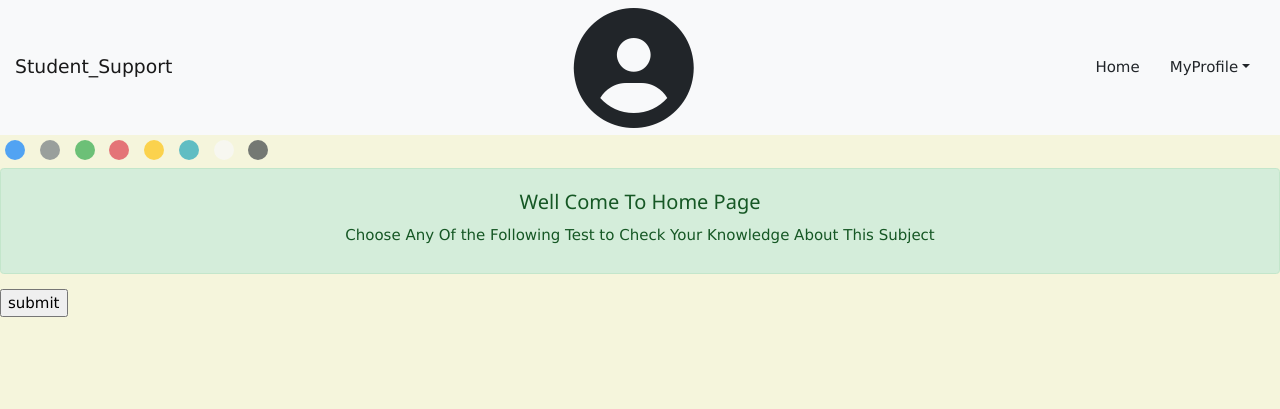
Repository: FeelHack/STUDENT-EXAMINATION-SYSTEM
Page: http://localhost/Exam_System/math.jsp
The author's editor kept a copy of each file at every save. The page is drawn from the files as they stood at one save, then again after the next save.
The browser window is 1280 px wide. The pictures show the whole page.
Some web libraries are served in a nearby version. The page is served by Tomcat 9. Queries for data that is not in the repository find no rows.

Above is the page before, as saved 2020-03-11 19:03:20.

After the next save:
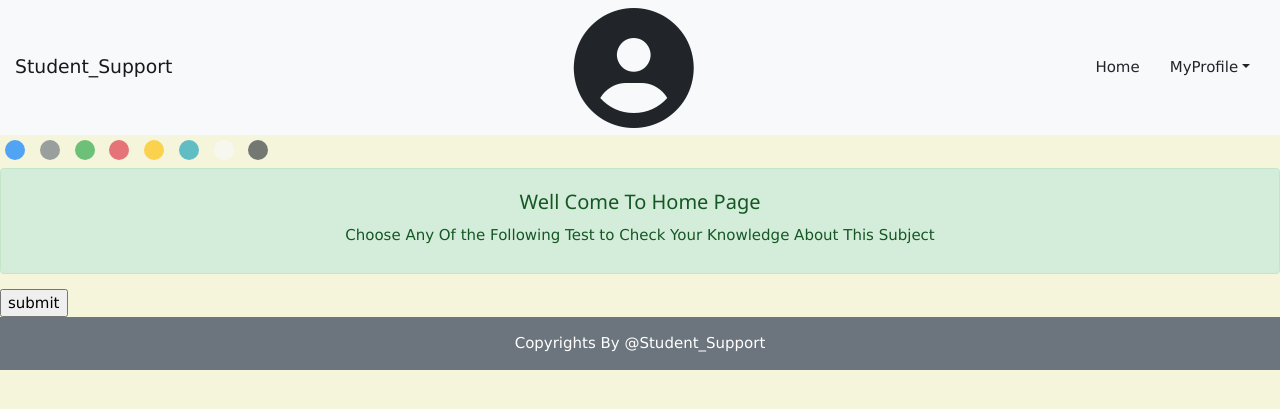
Saved 11 min 57 s later.
--- a/Exam System/WebContent/math.jsp
+++ b/Exam System/WebContent/math.jsp
@@ -30,3 +30,5 @@
            out.print("<input type='submit' value='submit'>");
            out.print("</form>");
    %>
+
+   <jsp:include page="homeFooter.jsp"></jsp:include>
